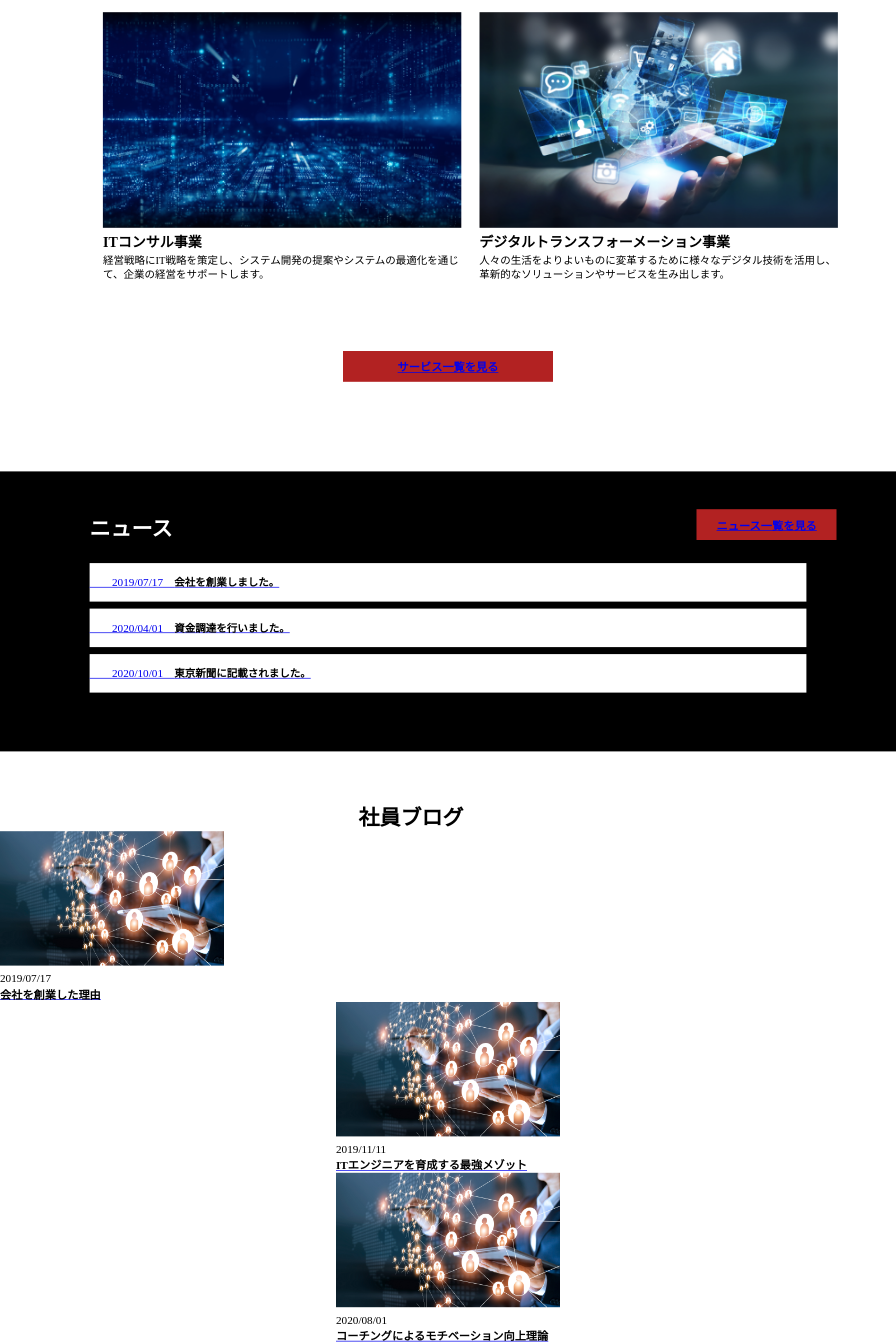
Repository: sigemasaasuka/20211012sigemasa
Page: index.html
The author's editor kept a copy of each file at every save. The page is drawn from the files as they stood at one save, then again after the next save.
The browser window is 1280 px wide. The pictures show the part of the page from y = 1338 to 3258 px (the page is 3258 px tall), at 70% of full size.

Above is the page before, as saved 2021-10-20 16:39:24.

### index.html
<!DOCTYPE html>
<html lang="ja">

<head>
  <meta charset="UTF-8">
  <meta name="viewport" content="width=device-width, initial-scale=1.0">
  <title>Document</title>

    <link rel="stylesheet" href="css/reset.css">
    <link rel="stylesheet" href="css/index.css">
</head>
<body>
  <header class="header">
    <div class="header-logo">
      <img class="logo" src="img/logo.png" alt="logo">
    </div>
    <nav class="header-nav">
      <ul class="header-nav-list">
        <li class="header-nav-item"><a href="index.html">ホーム</a></li>
        <li class="header-nav-item"><a href="service.html">事業内容</a></li>
        <li class="header-nav-item"><a href="news.html">ニュース</a></li>
        <li class="header-nav-item"><a href="blog.html">社員ブログ</a></li>
        <li class="header-nav-item"><a href="company.html">会社概要</a></li>
        <li class="header-nav-item"><a href="recruit.html">採用情報</a></li>
        <li class="header-nav-item"><a href="contact.html">お問い合わせ</a></li>
      </ul>
    </nav>
  </header>
  <div class="home">
  <div class="home-photo">
    <div class="home-title">
    <p>最新のテクノロジーで社会課題を解決</p>
      <div class="home-title2">
      <p>Solving　issues　with　the　latest　technology</p>
     </div>
    </div>
    </div>
    </div>
    <div class="home-color">
      <div class="hope">
        <p><br><br>株式会社TECHの想い</p>
        <div class="hope2">
          <p>あらゆる産業において、新たなデジタル技術を使ってこれまでにないビジネスモデルを展開する新規参加者が登場し、ゲームチェンジが起ころうとしています。こうした<br>中で、各企業は、競争力維持・強化のために、DXを迅速に進めていくことが求められています。しかし、DXにおいて投資コストは非常にかかります。株式会社TECHでは<br>独自のオペレーションと人材教育により、他社よりも価格を抑えた開発を行います。</p>
        </div>
      </div>
    </div>
    <div class="service">
      <p>サービス</p>
      </div>
      <div class="png1">
      <div class="service1">
        <img  src="img/service1.png"  alt="service1">
        <div class="it">
        <p>IT人材育成事業</p>
        <div class="it2">
        <p>これまでに培った教育手法を生かして、短期間で即戦力のIT人材を育成します。</p>
        </div>
      </div>
      </div>
      <div class="service2">
      <img  src="img/service2.png" alt="service2">
      <div class="coach">
        <p>コーチング事業</p>
        <div class="coach2">
          <p>目標達成を最短で実現するために、プロのコーチによるマンツーマンのサポートを実施します</p>
        </div>
      </div>
      </div>
      </div>
      <div class="png2">
      <div class="service3">
        <img src="img/service3.png" alt="service3">
        <div class="Consultant">
          <p>ITコンサル事業</p>
          <div class="Consultant2">
            <p>経営戦略にIT戦略を策定し、システム開発の提案やシステムの最適化を通じて、企業の経営をサポートします。</p>
          </div>
        </div>
      </div>
      <div class="service4">
        <img src="img/service4.png" alt="service4">
        <div class="formation">
          <p>デジタルトランスフォーメーション事業</p>
          <div class="formation2">
            <p>人々の生活をよりよいものに変革するために様々なデジタル技術を活用し、革新的なソリューションやサービスを生み出します。</p>
          </div>
        </div>
      </div>
      </div>
      <div class="list">
        <a href="service.html">サービス一覧を見る</a>
      </div>
      <div class="news">
        <div class="nesw-list">
          <div class="news-font">
          <p>ニュース</p></div>
          <div class="news-button">
            <a href="news.html">ニュース一覧を見る</a>
          </div>
        </div>
        <div class="news-info1">
          <a href="index.html">　　2019/07/17　<span class="co">会社を創業しました。</span></a></div>
          <div class="news-info2">
          <a href="index.html">　　2020/04/01　<span class="fund">資金調達を行いました。</span></a></div>
          <div class="news-info3">
          <a href="index.html">　　2020/10/01　<span class="newspaper">東京新聞に記載されました。</span></a></div>
      </div>
      <div class="blog">
        <p>社員ブログ</p>
        </div>
        <div class="blog-column"
        <div class="reason">
        <div class="reason-png">
          <a href="index.html">
            <img src="img/blog.png" alt="blog">
          </a>
          <p class="reason1">2019/07/17</p>
          <a href="index.html"><p class="reason2">会社を創業した理由</p></a>
        </div>
        </div>
        <div class="nurturing">
        <div class="nurturing-png">
          <a href="index.html">
            <img src="img/blog.png" alt="blog">
          </a>
          <p class="nurturing1">2019/11/11</p>
          <a href="index.html">
            <p class="nurturing2">ITエンジニアを育成する最強メゾット</p>
          </a>
        </div>
      </div>
      <div class="coaching">
        <div class="coaching-png">
        <a href="index.html">
          <img src="img/blog.png" alt="blog">
        </a>
        <p class="coaching1">2020/08/01</p>
        <a href="index.html">
          <p class="coaching2">コーチングによるモチベーション向上理論</p>
        </a>
        </div>
        </div>


<script src="js/main.js"></script>
</body>
</html>

### css/reset.css
@charset "UTF-8";
html, body, div, span, applet, object, iframe,
h1, h2, h3, h4, h5, h6, p, blockquote, pre,
a, abbr, acronym, address, big, cite, code,
del, dfn, em, img, ins, kbd, q, s, samp,
small, strike, strong, sub, sup, tt, var,
b, u, i, center,
dl, dt, dd, ol, ul, li,
fieldset, form, label, legend,
table, caption, tbody, tfoot, thead, tr, th, td,
article, aside, canvas, details, embed,
figure, figcaption, footer, header, hgroup,
menu, nav, output, ruby, section, summary,
time, mark, audio, video {
margin: 0;
padding: 0;
border: none;
font-style: normal;
text-align: left;
zoom: 1;
}
article, aside, details, figcaption, figure,
footer, header, hgroup, menu, nav, section {
display: block;
}
table {
border-collapse: collapse;
font-family: inherit;
}
h1,h2,h3,h4,h5 {
font-size: 100%;
font-weight: normal;
line-height: 1;
}
input,textarea,select {
font-family: inherit;
font-size: 16px;
}
input[type="button"],input[type="text"],input[type="submit"] {
 -webkit-appearance: none;
 border-radius: 0;
}
textarea {
resize: none;
-webkit-appearance: none;
border-radius: 0;
}
th,td {
border-collapse: collapse;
}
table th,table td {
white-space: nowrap;
}
ul,ol {
list-style-type: none;
}
img {
vertical-align: text-bottom;
vertical-align: -webkit-baseline-middle;
max-width: 100%;
height: auto;
width /***/:auto;
}

### css/index.css
.logo {
  text-decoration: none;
  color: inherit;
  width: 50%;
}
.header {
  width: 100%;
  display: flex;
  justify-content: space-between;
  align-items: center;
  height: 70px;
  padding: 0 30px;
  position: fixed;
  box-sizing: border-box;
  background-color: #fff;
  color: #000;
}

.a {
  text-decoration: none;
}

.header-ttl {
  font-size: 24px;
  width: 80px;
}

.header-nav-list {
  display: flex;
  font-weight: bold;
}

.header-nav-item:not(:last-child) {
  margin-right: 30px;
}

.home-photo {
  position: relative;
  padding-top: calc(250 / 683 * 100%); /* calc(画像高さ ÷ 画像横幅 × 100%) */
  background: url(../img/mv.png) center center / cover no-repeat;
}

.home-title {
  display: flex;
  flex-direction: column;
  position: absolute;
  font-size: 50px;
  margin-left: 20%;
  top: 40%;
  font-weight: bolder;
  color: #fff;
}

.home-title2 {
  display: flex;
  position: absolute;
  font-size: 20px;
  margin-top: 45px;
  margin-left: 23%;
  top: 40%;
  font-weight: bold;
  color: #fff;
}

.home-color {
  background-color: #000;
  height: 300px;
}

.hope {
  top: 30%;
  display: flex;
  flex-direction: column;
  font-weight: bolder;
  font-size: 30px;
  margin-left: 10%;
  color: #fff;
}

.hope2 {
  display: flex;
  font-size: 15px;
  margin-top: 20px;
  font-weight: normal;
  color: #fff;
}

.service {
  margin-top: 5%;
  margin-left: 45%;
  font-size: 35px;
  font-weight: bolder;
}

.png1 {
  display: flex;
  justify-content: center;
}

.service1 {
  margin-top: 5%;
  margin-left: 5%;
  width: 40%;
}

.it {
  margin-top: 1%;
  font-size: 20px;
  font-weight: bolder;
}

.it2 {
  font-size: 15px;
  font-weight: normal;
}

.service2 {
  margin-top: 3%;
  margin-left: 2%;
  width: 40%;
}

.coach {
  margin-top: 1%;
  font-size: 20px;
  font-weight: bolder;
}

.coach2 {
  font-size: 15px;
  font-weight: normal;
}

.png2 {
  display: flex;
  justify-content: center;
}

.service3 {
  margin-top: 2%;
  margin-left: 5%;
  width: 40%;
}

.Consultant {
  margin-top: 1%;
  font-size: 20px;
  font-weight: bolder;
}

.Consultant2 {
  font-size: 15px;
  font-weight: normal;
}

.service4 {
  margin-top: 2%;
  margin-left: 2%;
  width: 40%;
}

.formation {
  margin-top: 1%;
  font-size: 20px;
  font-weight: bolder;
}

.formation2 {
  font-size: 15px;
  font-weight: normal;
}

.list {
  width: 300px;
  padding: 10px 0;
  color: #fff;
  font-weight: bold;
  background: #b22222;
  text-align: center;
  margin: 100px auto 0;
  display: block;
}

.news {
  margin-top: 10%;
  background-color: #000;
  height: 400px;
}

.nesw-list {
  margin-left: 10%;
  display: flex;
  justify-content: flex-start;
  align-items: center;
}

.news-font {
  font-weight: bold;
  font-size: 30px;
  color: #fff;
  margin-top: 5%;
}

.news-button {
  color: #fff;
  margin-top: 50px;
  margin-left: 65%;
  width: 200px;
  padding: 10px 0;
  font-weight: bold;
  background: #b22222;
  text-align: center;
  display: block;
}

.news-info1 {
  margin-top: 30px;
  margin-left: 10%;
  width: 80%;
  height: 35px;
  padding: 10px 0;
  background: #fff;
  line-height: 35px;
  display: block;
  color: #000;
}
.co {
  font-size: 15px;
  font-weight: bold;
  color: #000;
}

.news-info2 {
  margin-top: 10px;
  margin-left: 10%;
  width: 80%;
  height: 35px;
  padding: 10px 0;
  background: #fff;
  line-height: 35px;
  display: block;
  color: #000;
}
.fund {
  font-size: 15px;
  font-weight: bold;
  color: #000;
}

.news-info3 {
  margin-top: 10px;
  margin-left: 10%;
  width: 80%;
  height: 35px;
  padding: 10px 0;
  background: #fff;
  line-height: 35px;
  display: block;
  color: #000;
}
.newspaper {
  font-size: 15px;
  font-weight: bold;
  color: #000;
}

.blog {
  margin-top: 70px;
  margin-left: 40%;
  font-size: 30px;
  font-weight: bolder;
}

.reason {
  display: flex;
  justify-content: center;
}

.reason-png {
  width: 25%;
}

.reason1 {
  margin-top: 10px;
  color: #000;
}

.reason2 {
  font-weight: bolder;
  color: #000;
}

.nurturing {
  display: flex;
  justify-content: center;
}
.nurturing-png {
  width: 25%;
}

.nurturing1 {
  margin-top: 10px;
  color: #000;
}

.nurturing2 {
  font-weight: bolder;
  color: #000;
}

.coaching {
  display: flex;
  justify-content: center;
}

.coaching-png {
  width: 25%;
}

.coaching1 {
  margin-top: 10px;
  color: #000;
}

.coaching2 {
  font-weight: bolder;
  color: #000;
}

Loaded but not shown: js/main.js (no stored copy; drawn as an empty file)

After the next save:
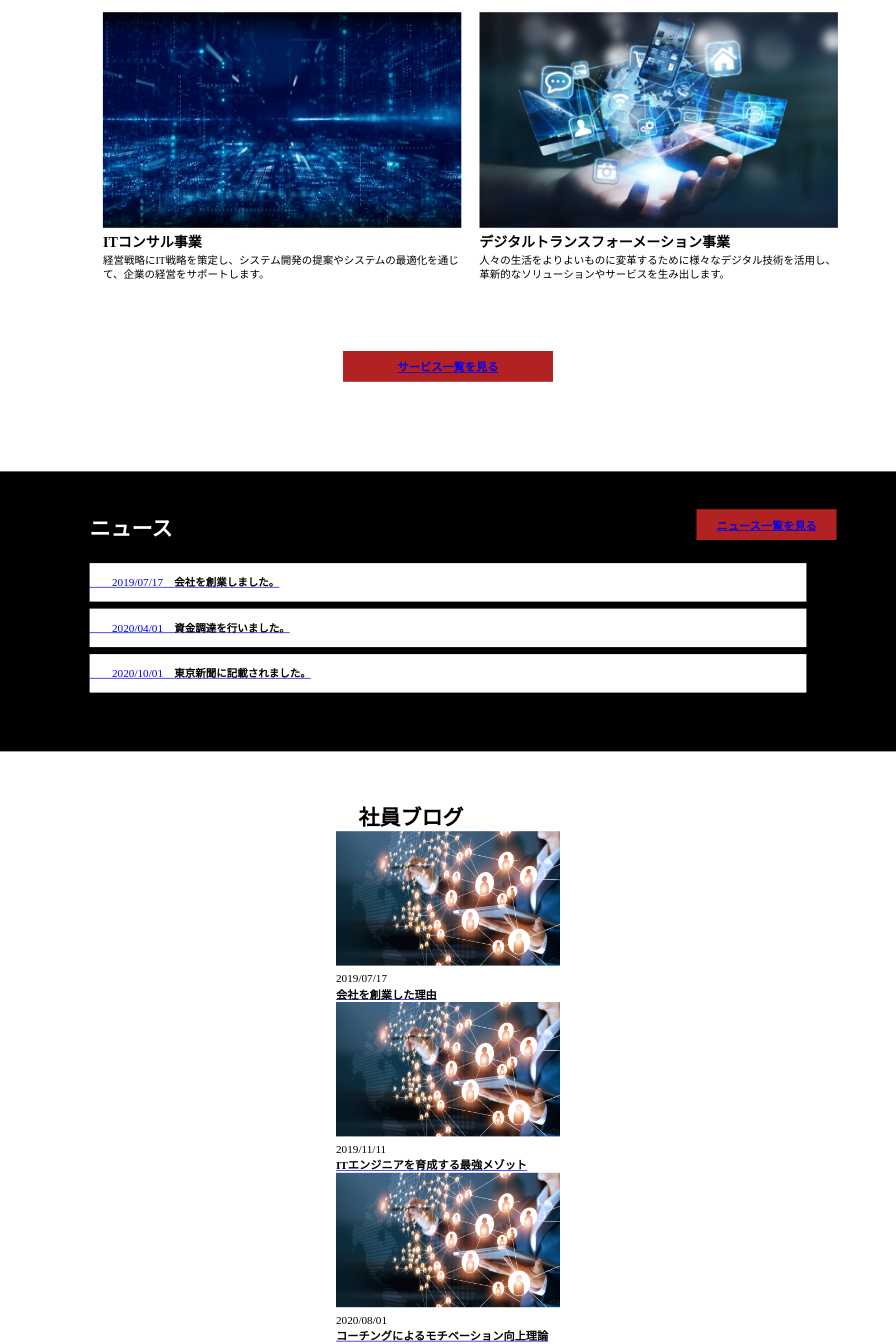
Saved 4 s later.
--- a/index.html
+++ b/index.html
@@ -108,7 +108,7 @@
       <div class="blog">
         <p>社員ブログ</p>
         </div>
-        <div class="blog-column"
+        <div class="blog-column"></div>
         <div class="reason">
         <div class="reason-png">
           <a href="index.html">

After the 3 saves that followed:
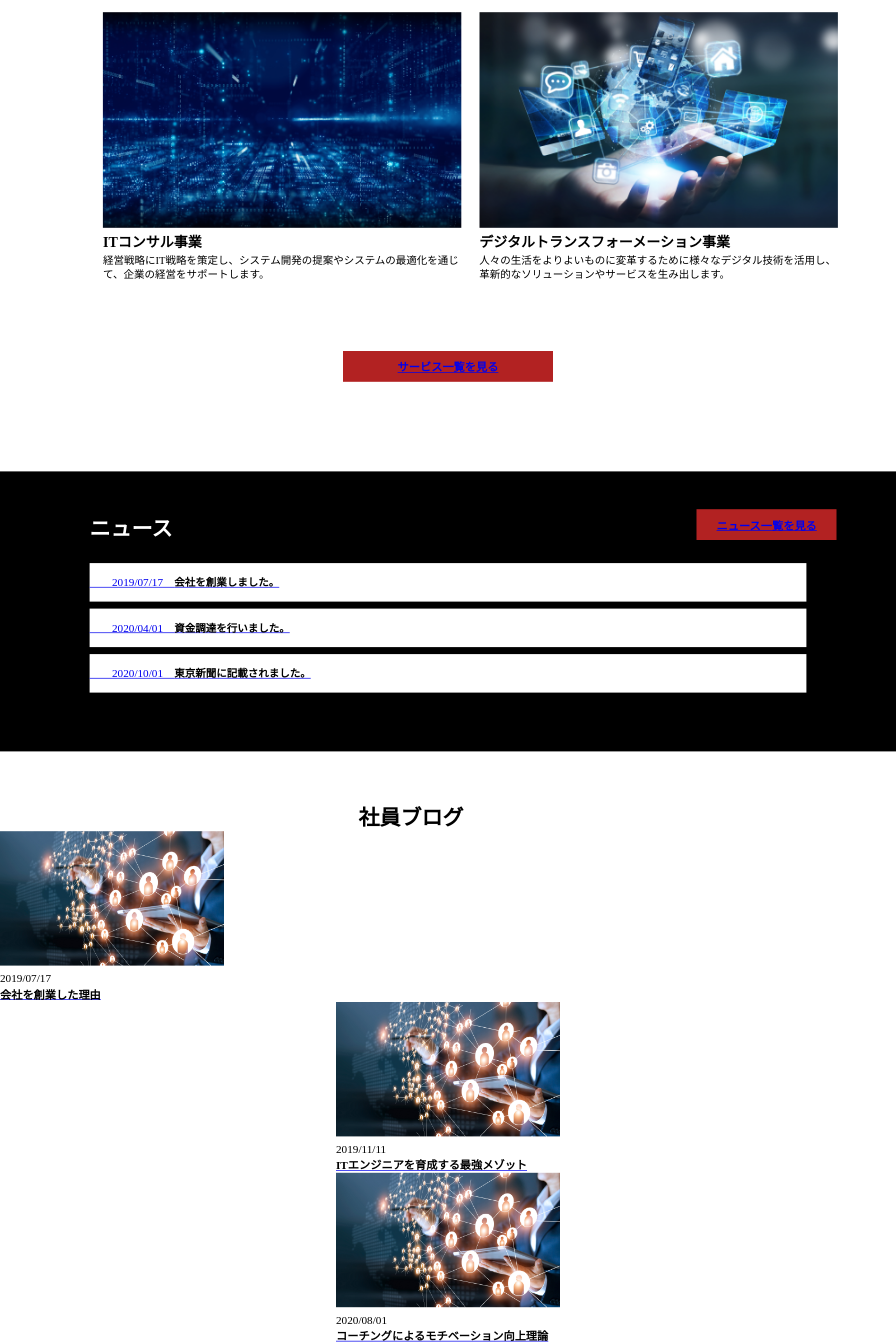
The 3 saves are shown as one change because 2 left the picture as it was.
The last was saved 20 s later.
--- a/index.html
+++ b/index.html
@@ -108,7 +108,7 @@
       <div class="blog">
         <p>社員ブログ</p>
         </div>
-        <div class="blog-column"></div>
+        <div class="blog-column">
         <div class="reason">
         <div class="reason-png">
           <a href="index.html">
@@ -140,6 +140,7 @@
         </a>
         </div>
         </div>
+        </div>
 
 
 <script src="js/main.js"></script>
--- a/css/index.css
+++ b/css/index.css
@@ -270,7 +270,7 @@
   font-size: 30px;
   font-weight: bolder;
 }
-
+.
 .reason {
   display: flex;
   justify-content: center;
